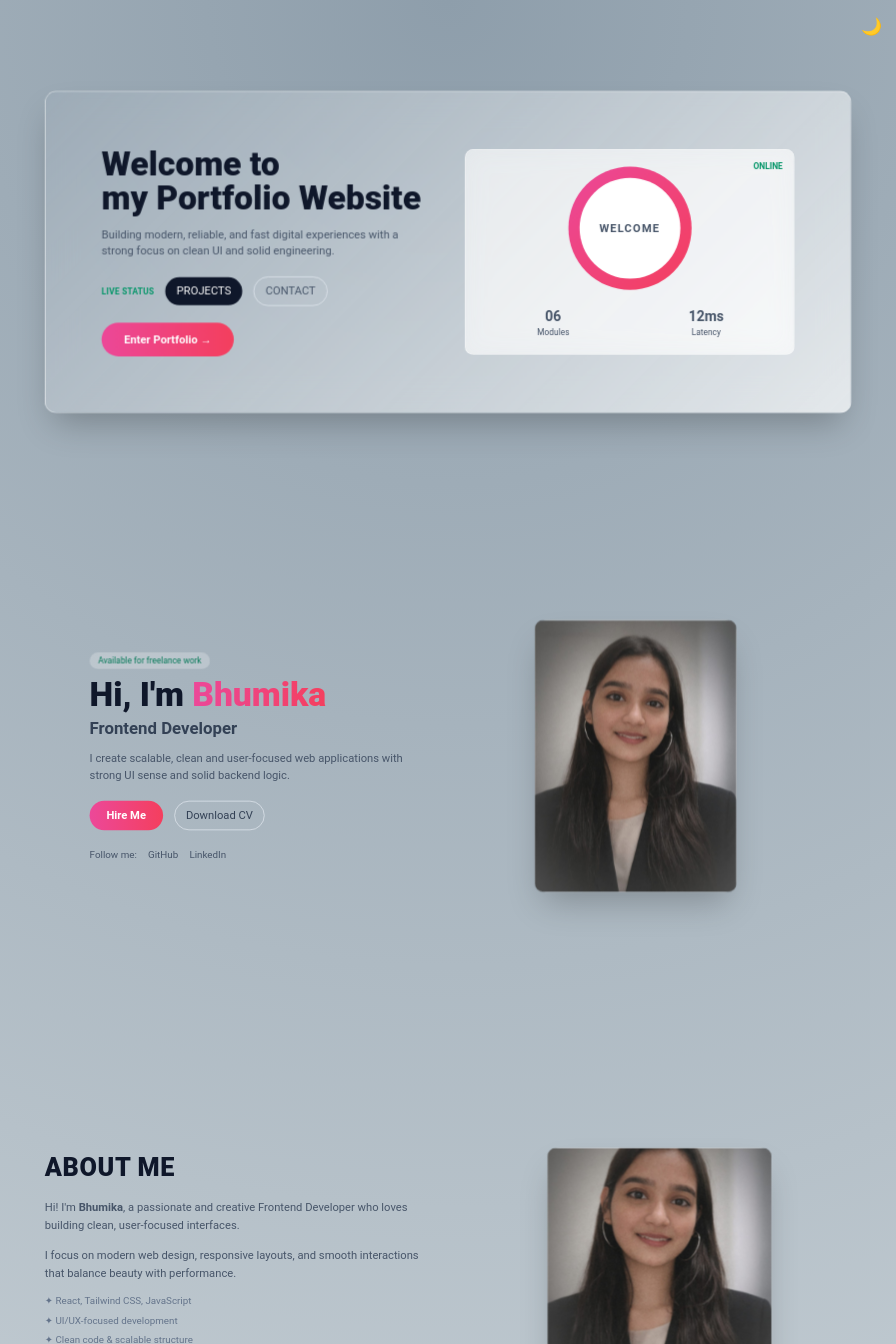
Repository: bhumikamourya/portfolio
Page: /
These files come from the project's save history. The page is drawn as it stood at one moment and after the next save; the edit follows.
The browser window is 1280 px wide. The pictures show the part of the page from y = 0 to 1920 px (the page is 5885 px tall), at 70% of full size.
Some web libraries are served in a nearby version. The project was rebuilt for these pictures with package versions that can differ from the ones it lists, and the page was loaded fresh each time.

Above is the page before, as saved 2026-01-31 15:30:27.

After the next save:
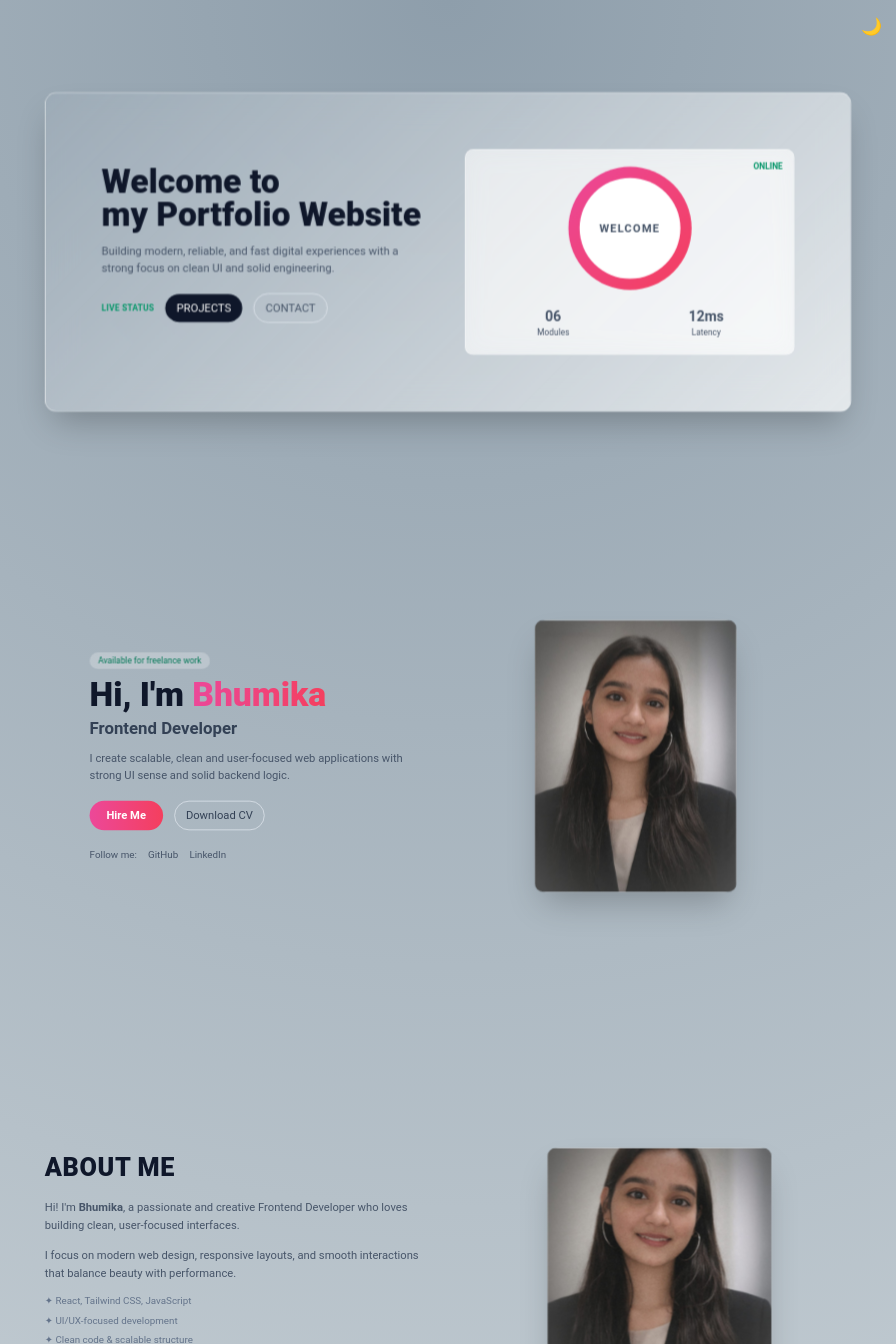
Saved 2 min 28 s later.
--- a/src/components/Welcome.jsx
+++ b/src/components/Welcome.jsx
@@ -41,12 +41,12 @@
                             </button>
                         </div>
 
-                        <button
+                        {/* <button
 
                             className="px-8 py-3 rounded-full text-white font-semibold transition hover:scale-105 color-buttons"
                         >
-                            Enter Portfolio →
-                        </button>
+                        Portfolio →
+                        </button> */}
                     </div>
 
                     {/* RIGHT SYSTEM CARD */}
